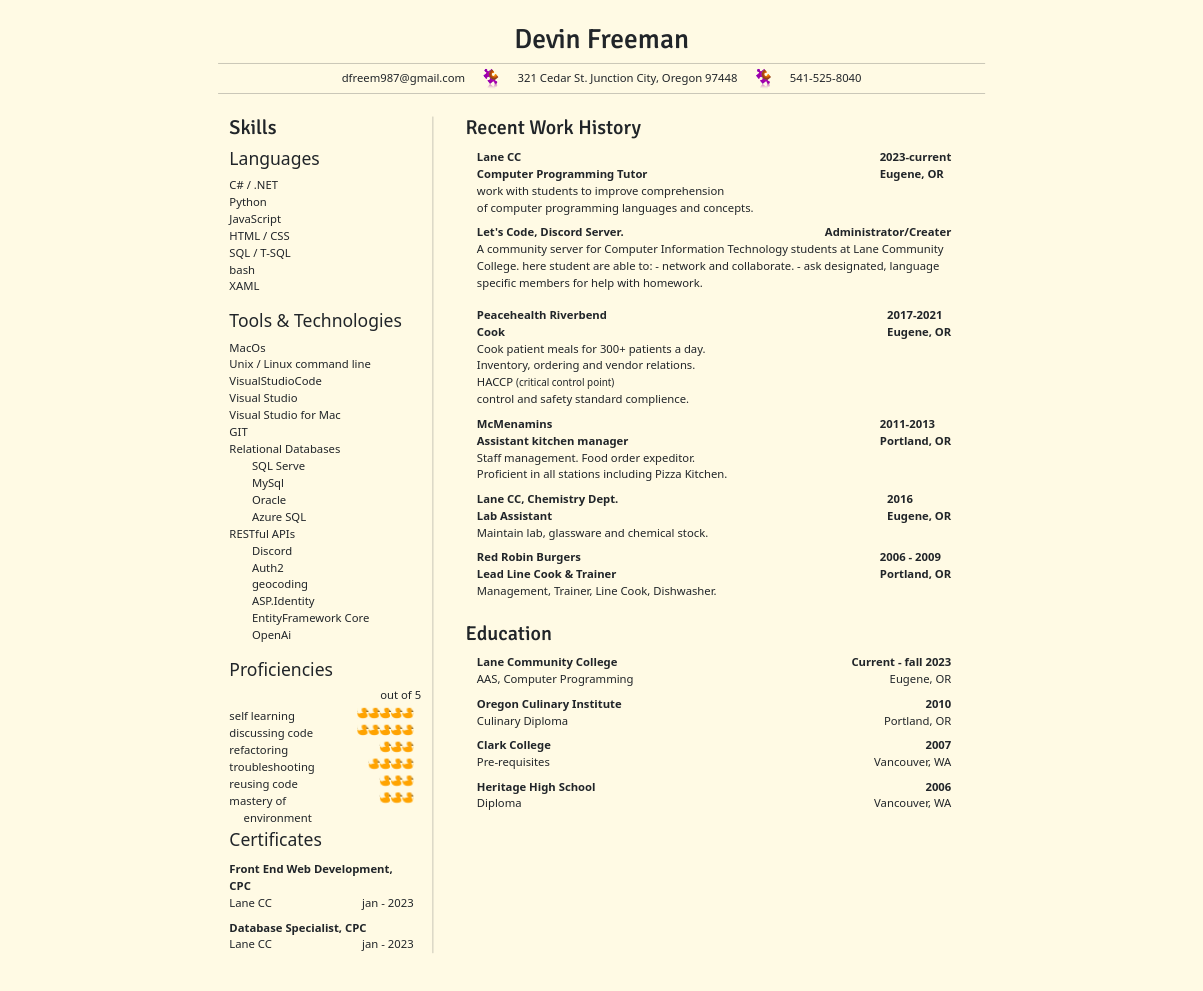
Repository: Dfreem/Resume
Page: index.html
These files come from the project's save history. The page is drawn as it stood at one moment and after the next save; the edit follows.
The browser window is 1280 px wide. The pictures show the whole page, at 94% of full size.

Above is the page before, as saved 2023-02-12 21:19:19.

After the next save:
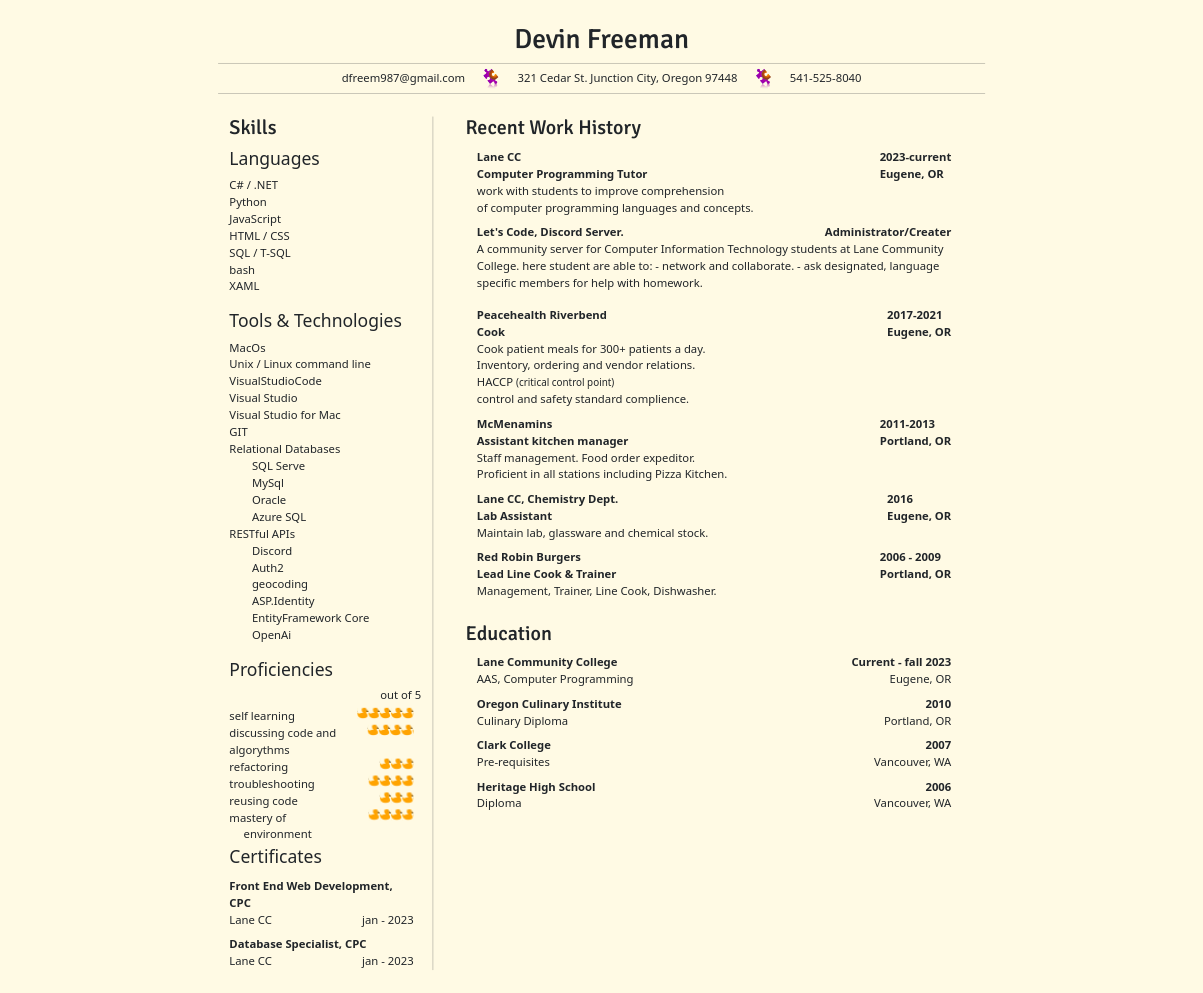
Saved 2 min 49 s later.
--- a/index.html
+++ b/index.html
@@ -113,7 +113,7 @@
                     self learning<div class="push-right five"></div>
                 </li>
                 <li class="d-flex flex-row flex-nowrap">
-                    discussing code<div class="push-right five"></div>
+                    discussing code and algorythms<div class="push-right five"></div>
                 </li>
                 <li class="d-flex flex-row flex-nowrap">
                     refactoring<div class="push-right three"></div>
@@ -125,9 +125,10 @@
                     reusing code<div class="push-right three"></div>
                 </li>
                 <li class="d-flex flex-row flex-nowrap">
-                    mastery of <br />&emsp; environment<div class="push-right three">
-                    </div>
-                </li>
+                    mastery of <br />&emsp; environment<div class="push-right four">
+                    </div>
+                </li>
+                <li class="dlex flex-row flex-nowrap"></li>
             </ul>
 
             <!-- ========= Certifications ========= -->

After the save that followed:
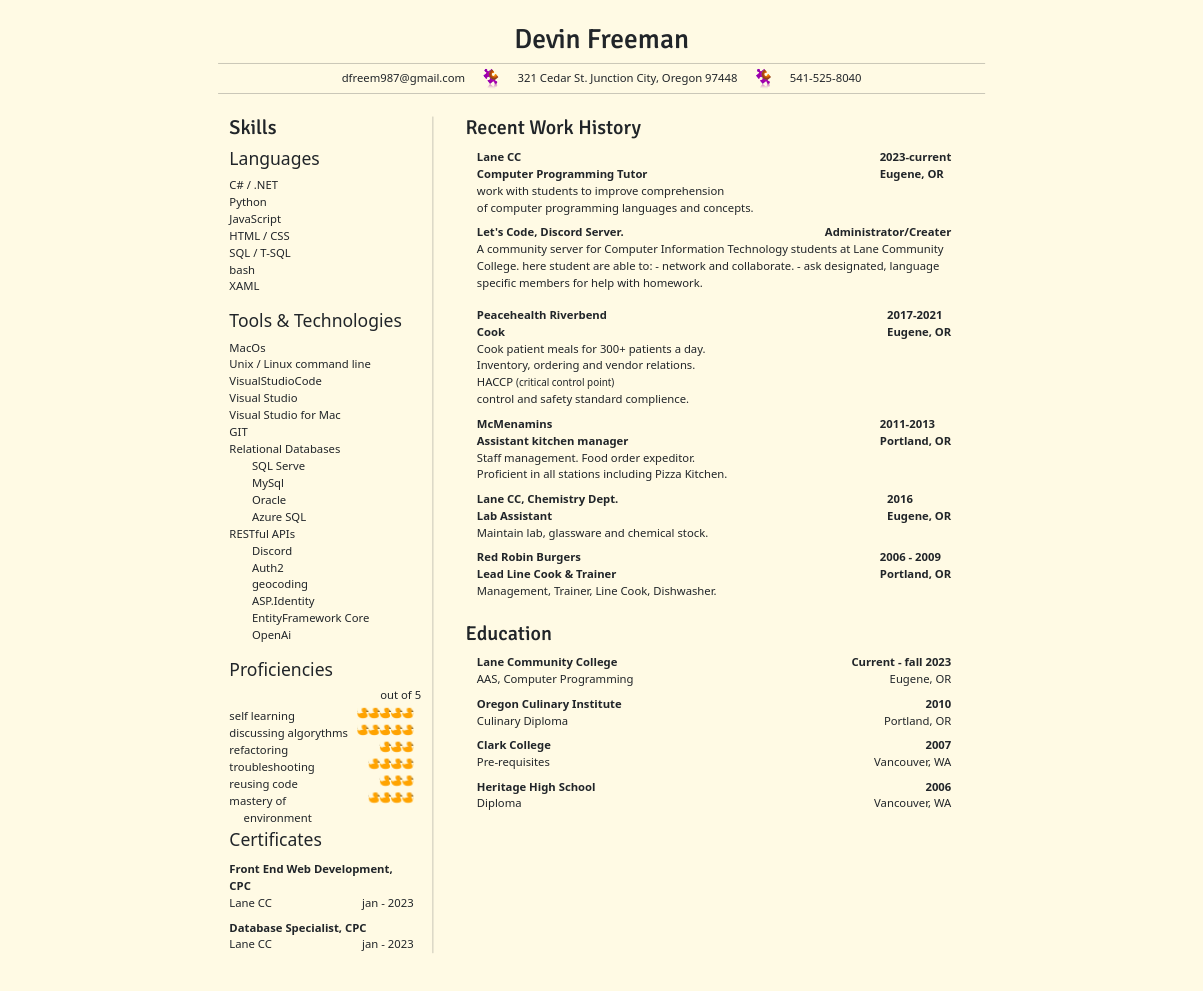
Saved 19 s later.
--- a/index.html
+++ b/index.html
@@ -113,7 +113,7 @@
                     self learning<div class="push-right five"></div>
                 </li>
                 <li class="d-flex flex-row flex-nowrap">
-                    discussing code and algorythms<div class="push-right five"></div>
+                    discussing algorythms<div class="push-right five"></div>
                 </li>
                 <li class="d-flex flex-row flex-nowrap">
                     refactoring<div class="push-right three"></div>
